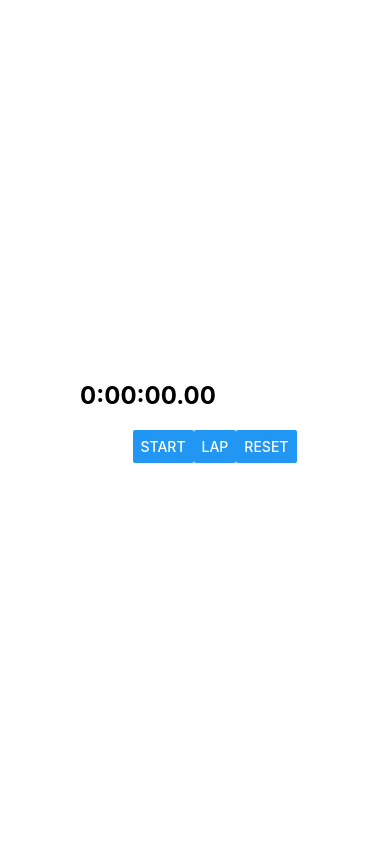
Repository: Shopify/eng-intern-assessment-react-native
Screen: /
The author's editor kept a copy of each file at every save. The screen is drawn from the files as they stood at one save, then again after the next save.
The app was drawn by React Native's web renderer in a window 390 px wide. The project was rebuilt for these pictures with package versions that can differ from the ones it lists, and the page was loaded fresh each time.

Above is the screen before, as saved 2024-01-13 12:14:21.

### App.tsx
import { StatusBar } from 'expo-status-bar';
import { StyleSheet, Text, View } from 'react-native';
import StopWatch from './src/StopWatch';

export default function App() {
  return (
    <View style={styles.container}>
      <StopWatch></StopWatch>
      <StatusBar style="auto" />
    </View>
  );
}

const styles = StyleSheet.create({
  container: {
    flex: 1,
    backgroundColor: '#fff',
    alignItems: 'center',
    justifyContent: 'center',
  },
});

### src/StopWatch.tsx
import React, { useState, useEffect } from 'react';
import { Text, View, StyleSheet } from 'react-native';
import StopWatchButton from './StopWatchButton';

const StopWatch = () => {
  const [isRunning, setIsRunning] = useState(false);
  const [timeElapsed, setTimeElapsed] = useState(0);
  const [laps, setLaps] = useState<number[]>([]);

  useEffect(() => {
    let interval: ReturnType<typeof setInterval>;
    if (isRunning) {
      interval = setInterval(() => {
        setTimeElapsed(prevTime => prevTime + 10); // Increment every 10 milliseconds
      }, 10);
    }
    return () => clearInterval(interval);
  }, [isRunning]);

  const handleStartStop = () => {
    setIsRunning(!isRunning);
  };

  const handleLap = () => {
    setLaps([...laps, timeElapsed]);
  };

  const handleReset = () => {
    setIsRunning(false);
    setTimeElapsed(0);
    setLaps([]);
  };

  const formatTime = (milliseconds: number) => {
    const hours = Math.floor(milliseconds / 3600000); // 1 Hour = 3600000 Milliseconds
    const minutes = Math.floor((milliseconds % 3600000) / 60000); // 1 Minute = 60000 Milliseconds
    const seconds = Math.floor((milliseconds % 60000) / 1000); // 1 Second = 1000 Milliseconds
    const millis = Math.floor((milliseconds % 1000) / 10); // Display only two digits for milliseconds

    return `${hours}:${minutes.toString().padStart(2, '0')}:${seconds.toString().padStart(2, '0')}.${millis.toString().padStart(2, '0')}`;
  };


  return (
    <View style={styles.container}>
      <View style={styles.timerContainer}>
        <Text style={styles.timerText}>{formatTime(timeElapsed)}</Text>
      </View>
      {laps.map((lap, index) => (
        <Text key={index} style={styles.lapText}>{`Lap ${index + 1}: ${formatTime(lap)}`}</Text>
      ))}
      <View style={styles.buttonContainer}>
        <StopWatchButton title={isRunning ? "Stop" : "Start"} onPress={handleStartStop} />
        <StopWatchButton title="Lap" onPress={handleLap} />
        <StopWatchButton title="Reset" onPress={handleReset} />
      </View>
    </View>
  );
};

const styles = StyleSheet.create({
  container: {
    flex: 1,
    alignItems: 'center',
    justifyContent: 'center',
  },
  timerContainer: {
    minWidth: 250, // Adjust this width based on the expected longest time string
    alignItems: 'flex-start', // Align items to the start (left)
    justifyContent: 'center',
    paddingHorizontal: 10, // Add some padding for aesthetics
  },
  timerText: {
    fontSize: 24,
    fontWeight: 'bold',
    // fontFamily: 'monospace', // Monospace font for equal character width
    textAlign: 'left', // Align text to the left
  },
  lapText: {
    fontSize: 16,
  },
  buttonContainer: {
    flexDirection: 'row', // This will arrange buttons side by side
    justifyContent: 'space-around',
    width: '50%', // Adjust as needed
    marginTop: 20,
  },
});

export default StopWatch;

### src/StopWatchButton.tsx
import React from 'react';
import { Button, View } from 'react-native';

type Props = {
  title: string;
  onPress: () => void;
};

const StopWatchButton: React.FC<Props> = ({ title, onPress }) => {
  return (
    <View>
      <Button title={title} onPress={onPress} />
    </View>
  );
};

export default StopWatchButton;

After the next save:
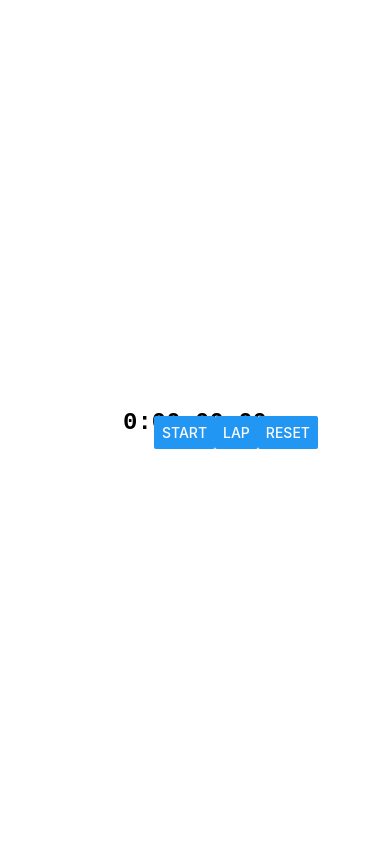
Saved 80 s later.
--- a/src/StopWatch.tsx
+++ b/src/StopWatch.tsx
@@ -61,20 +61,23 @@ const StopWatch = () => {
 const styles = StyleSheet.create({
   container: {
     flex: 1,
+    justifyContent: 'center',
     alignItems: 'center',
-    justifyContent: 'center',
+  },
+  timerWrapper: {
+    width: '100%', // Full width of the parent
+    alignItems: 'center',
   },
   timerContainer: {
-    minWidth: 250, // Adjust this width based on the expected longest time string
-    alignItems: 'flex-start', // Align items to the start (left)
-    justifyContent: 'center',
-    paddingHorizontal: 10, // Add some padding for aesthetics
+    minWidth: 250, // Adjust based on expected longest time string
+    paddingHorizontal: 10,
+    position: 'absolute', // Position absolutely within the wrapper
   },
   timerText: {
     fontSize: 24,
     fontWeight: 'bold',
-    // fontFamily: 'monospace', // Monospace font for equal character width
-    textAlign: 'left', // Align text to the left
+    fontFamily: 'monospace',
+    textAlign: 'center',
   },
   lapText: {
     fontSize: 16,
